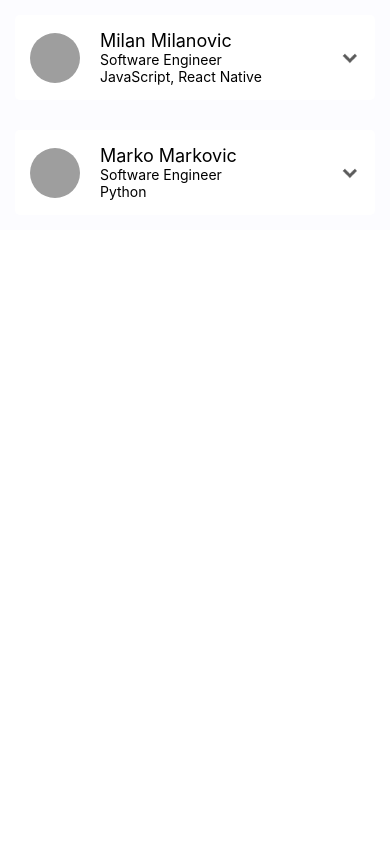
Repository: likanbl/intern-feature
Screen: /
An editor plug-in stored every save of this project. The screen is shown before and after a run of saves, followed by the edit.
Pictures or frames that could not be fetched are drawn as grey boxes. The app was drawn by React Native's web renderer in a window 390 px wide. The project was rebuilt for these pictures with package versions that can differ from the ones it lists, and the page was loaded fresh each time.

Above is the screen before, as saved 2019-09-16 10:20:07.

After the next 4 saves:
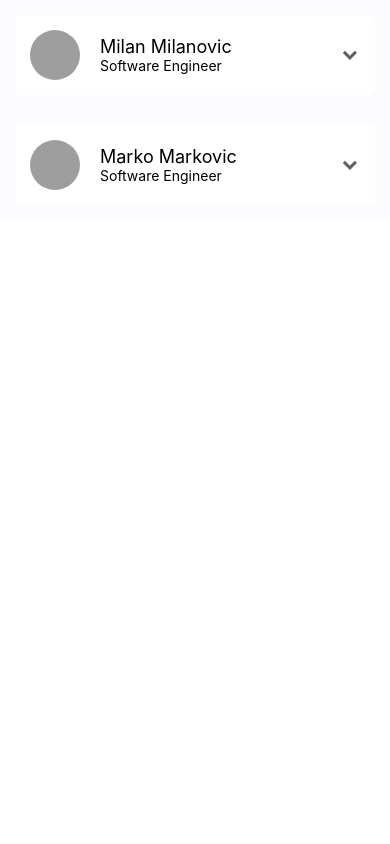
The 4 saves are shown as one change because 3 did not build or start.
The last was saved 88 min 51 s later.
--- a/src/components/intern-feature/InternScreen.js
+++ b/src/components/intern-feature/InternScreen.js
@@ -1,22 +1,8 @@
 import React, {Component} from 'react';
 import {View, FlatList, Text, StyleSheet} from 'react-native';
-
+import Data from './InternData';
 import {HomeItem} from './InternItems';
 
-const Data = [
-  {
-    Name: 'Milan Milanovic',
-    role: 'Software Engineer',
-    skills: 'JavaScript, React Native',
-    additionalInfo: 'Milan Milanovic description',
-  },
-  {
-    Name: 'Marko Markovic',
-    role: 'Software Engineer',
-    skills: 'Python',
-    additionalInfo: 'Marko Markovic description',
-  },
-];
 export default class Home extends Component {
   renderItem = ({item}) => <HomeItem item={item} />;
 
